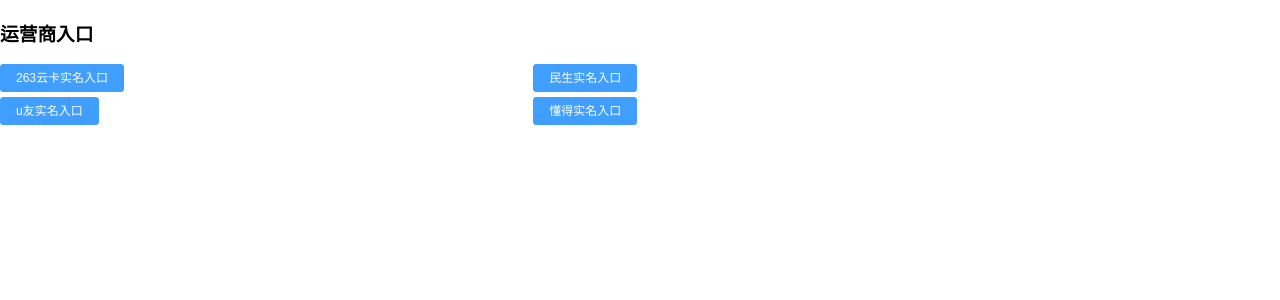
Repository: cmlsir1024/index-test
Page: index.html
An editor plug-in stored every save of this project. The page is shown before and after the next save, followed by the edit.
The browser window is 1280 px wide. The pictures show the whole page.

Above is the page before, as saved 2023-10-11 12:22:37.

After the next save:
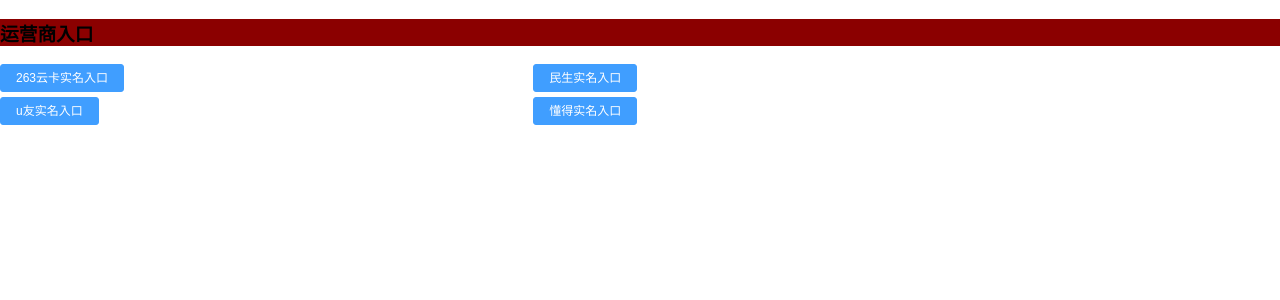
Saved 66 s later.
--- a/index.html
+++ b/index.html
@@ -99,7 +99,7 @@
 
   <body>
     <div id="app">
-      <h3>运营商入口</h3>
+      <h3 style="background-color: darkred">运营商入口</h3>
       <div class="box">
         <el-row>
           <el-col :span="10" v-for="item in dataList">
